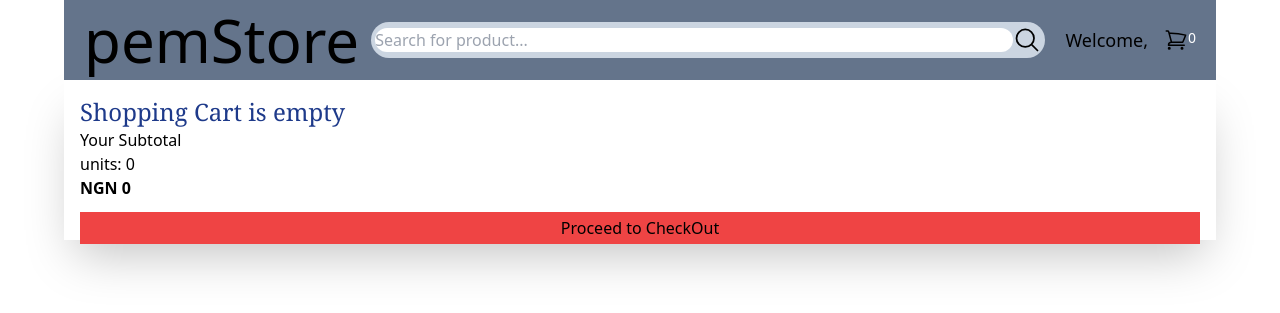
Repository: Semanmernstack/pemstore
Page: /checkout
The author's editor kept a copy of each file at every save. The page is drawn from the files as they stood at one save, then again after the next save.
The browser window is 1280 px wide. The pictures show the whole page.
The page's requests for data from a server got no answer. The project was rebuilt for these pictures with package versions that can differ from the ones it lists, and the page was loaded fresh each time. The framework's server and built-in components were replaced by stand-ins that run in the browser. No one was signed in, and anything a server would have sent is missing. Also part of the build but not shown: next.config.js, components/CheckoutProduct.js.

Above is the page before, as saved 2022-11-06 05:03:35.

After the next save:
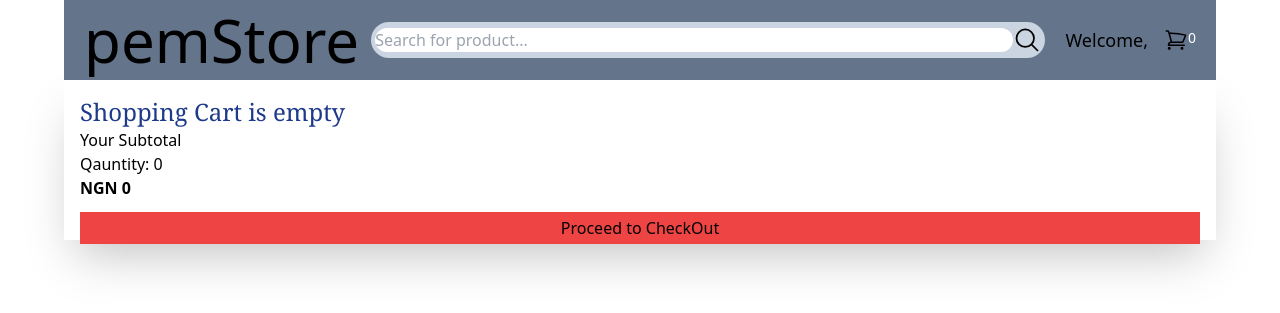
Saved 26 s later.
--- a/pages/checkout.js
+++ b/pages/checkout.js
@@ -18,7 +18,7 @@ function Checkout() {
         </div>
         <div>
             <h1>Your Subtotal</h1>
-            <h1>units: <span>{items.length}</span></h1>
+            <h1>Qauntity: <span>{items.length}</span></h1>
             <span className="font-extrabold">NGN 0</span>
         </div>
         <button className="  bg-red-500 hover:animate-bounce p-1 mt-3  cursor-pointer">Proceed to CheckOut</button>
